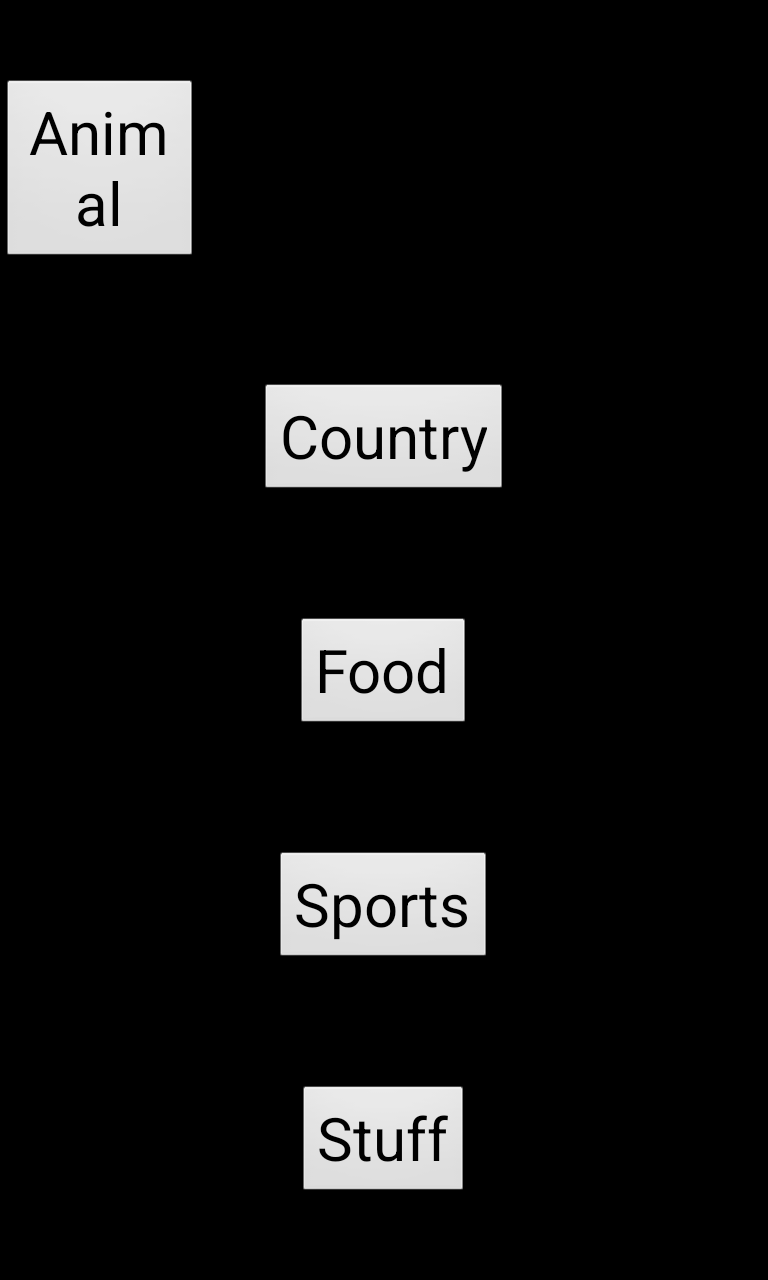
Repository: aster9725/HK-CityU-SummerExchange
Layout: Copy of WordQuiz/res/layout/activity_category.xml
The author's editor kept a copy of each file at every save. The layout is drawn from the files as they stood at one save, then again after the next save.
It is drawn on a 768 x 1280 px phone screen (xhdpi) without system bars, with theme android:Theme; the app's code is not run.

Above is the layout before, as saved 2014-07-24 10:04:27.

### Copy of WordQuiz/res/layout/activity_category.xml
<?xml version="1.0" encoding="utf-8"?>
<LinearLayout xmlns:android="http://schemas.android.com/apk/res/android"
    android:layout_width="match_parent"
    android:layout_height="match_parent"
    android:orientation="vertical"
    android:paddingTop="10dp"
    android:paddingBottom="10dp">

    <LinearLayout
        android:layout_width="100dp"
        android:layout_height="wrap_content"
        android:layout_weight="1"
        android:gravity="center_vertical|center_horizontal"
        android:orientation="horizontal" >

        <Button
            android:id="@+id/category_animal"
            android:layout_width="wrap_content"
            android:layout_height="wrap_content"
            android:text="Animal"
            android:textSize="30sp" />
    </LinearLayout>

    <LinearLayout
        android:layout_width="match_parent"
        android:layout_height="wrap_content"
        android:layout_weight="1"
        android:gravity="center_vertical|center_horizontal"
        android:orientation="horizontal" >

        <Button
            android:id="@+id/category_country"
            android:layout_width="wrap_content"
            android:layout_height="wrap_content"
            android:text="Country"
            android:textSize="30sp" />
    </LinearLayout>

    <LinearLayout
        android:layout_width="match_parent"
        android:layout_height="wrap_content"
        android:layout_weight="1"
        android:gravity="center_vertical|center_horizontal"
        android:orientation="horizontal" >

        <Button
            android:id="@+id/category_food"
            android:layout_width="wrap_content"
            android:layout_height="wrap_content"
            android:text="Food"
            android:textSize="30sp" />
    </LinearLayout>

    <LinearLayout
        android:layout_width="match_parent"
        android:layout_height="wrap_content"
        android:layout_weight="1"
        android:gravity="center_vertical|center_horizontal"
        android:orientation="horizontal" >

        <Button
            android:id="@+id/category_sport"
            android:layout_width="wrap_content"
            android:layout_height="wrap_content"
            android:text="Sports"
            android:textSize="30sp" />
    </LinearLayout>

    <LinearLayout
        android:layout_width="match_parent"
        android:layout_height="wrap_content"
        android:layout_weight="1"
        android:gravity="center_vertical|center_horizontal"
        android:orientation="horizontal" >

        <Button
            android:id="@+id/category_stuff"
            android:layout_width="wrap_content"
            android:layout_height="wrap_content"
            android:text="Stuff"
            android:textSize="30sp" />
    </LinearLayout>

</LinearLayout>

After the next save:
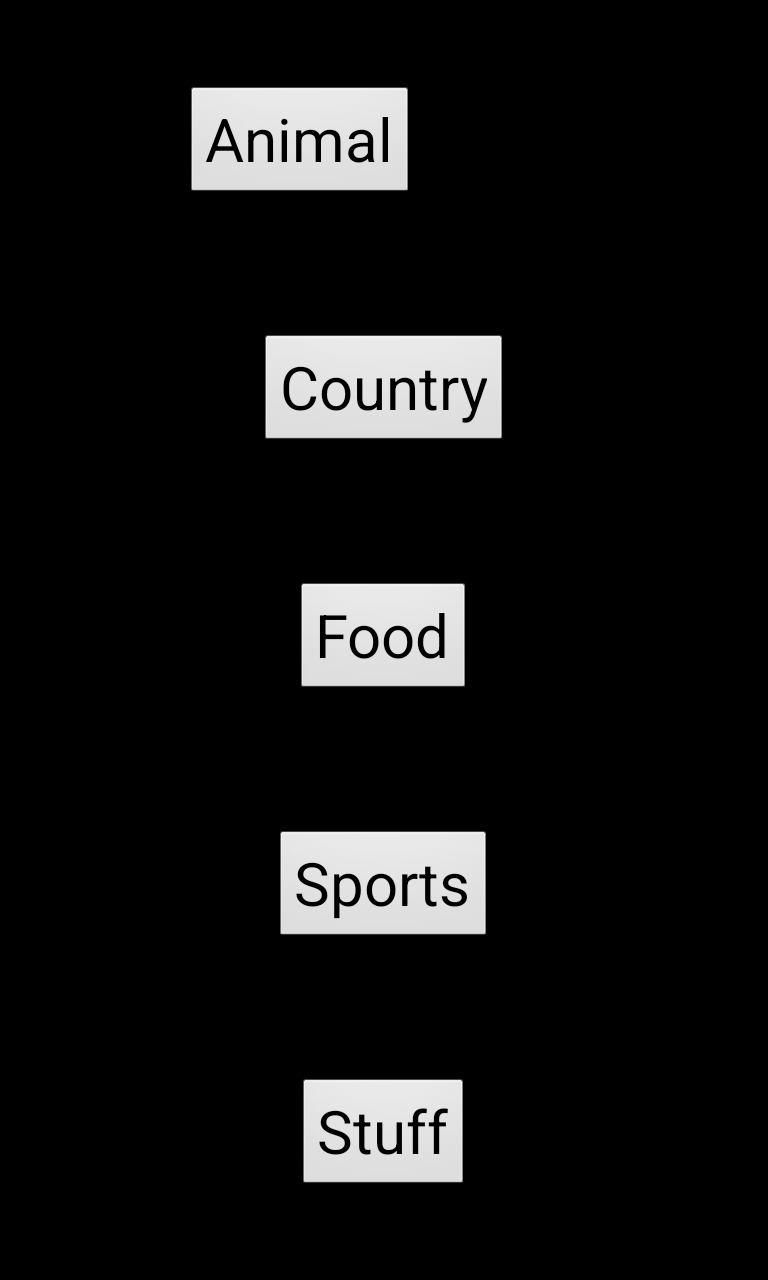
Saved 7 s later.
--- a/Copy of WordQuiz/res/layout/activity_category.xml
+++ b/Copy of WordQuiz/res/layout/activity_category.xml
@@ -7,7 +7,7 @@
     android:paddingBottom="10dp">
 
     <LinearLayout
-        android:layout_width="100dp"
+        android:layout_width="300dp"
         android:layout_height="wrap_content"
         android:layout_weight="1"
         android:gravity="center_vertical|center_horizontal"
